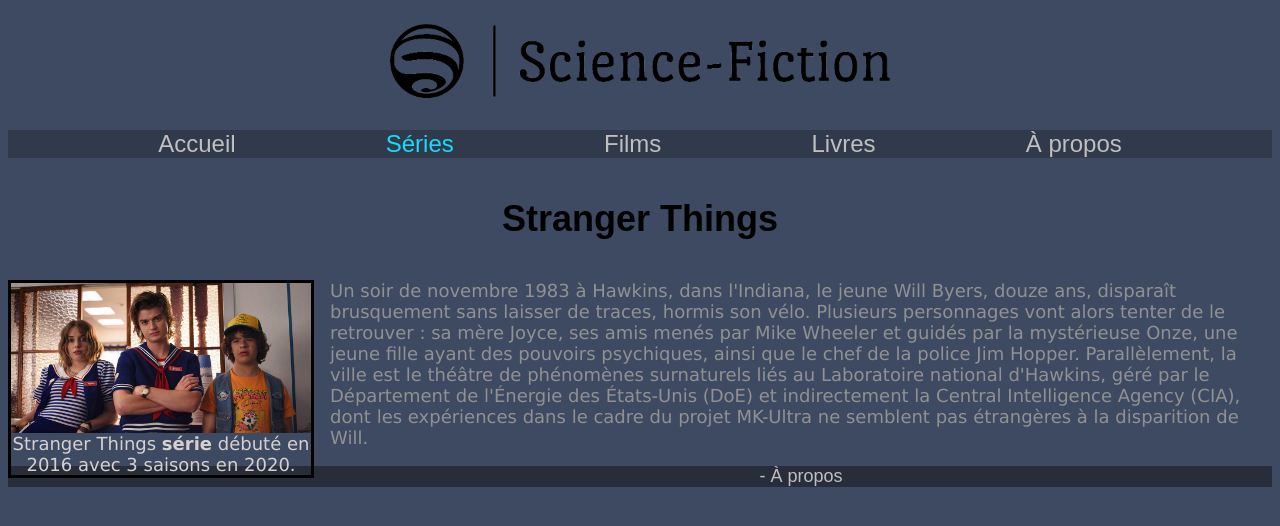
Repository: Emalios/Projet-Web
Page: html/series/stranger-things.html
The author's editor kept a copy of each file at every save. The page is drawn from the files as they stood at one save, then again after the next save.
The browser window is 1280 px wide. The pictures show the whole page.

Above is the page before, as saved 2020-11-11 20:37:23.

After the next save:
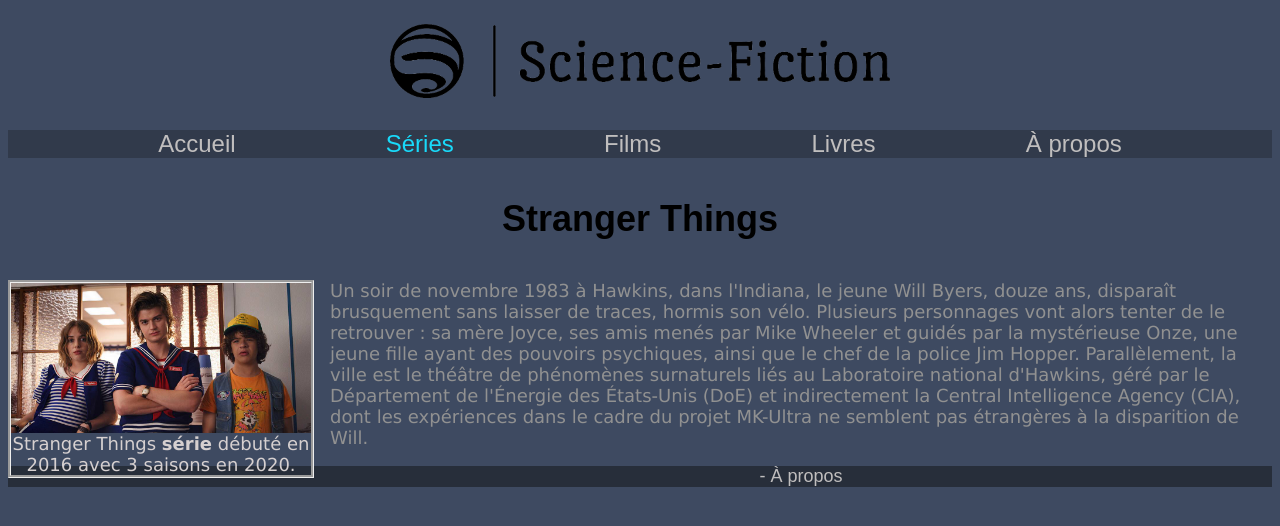
Saved 62 s later.
--- a/css/description.css
+++ b/css/description.css
@@ -16,6 +16,7 @@
     float: left;
     text-align: center;
     border: solid;
+    border-style: groove;
 }
 
 .description {
